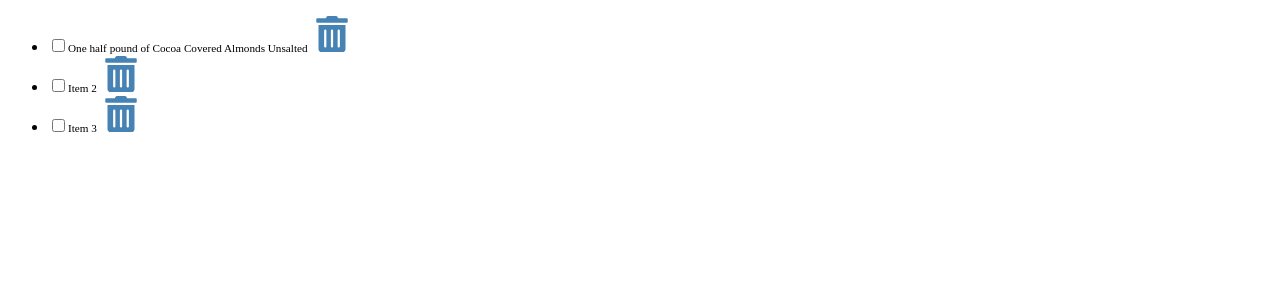
Repository: akinmiday/react-series
Page: /
An editor plug-in stored every save of this project. The page is shown before and after the next save, followed by the edit.
The browser window is 1280 px wide. The pictures show the whole page.
The project was rebuilt for these pictures with package versions that can differ from the ones it lists, and the page was loaded fresh each time. Also part of the build but not shown: vite.config.js, src/index.css.

Above is the page before, as saved 2023-08-21 18:00:57.

After the next save:
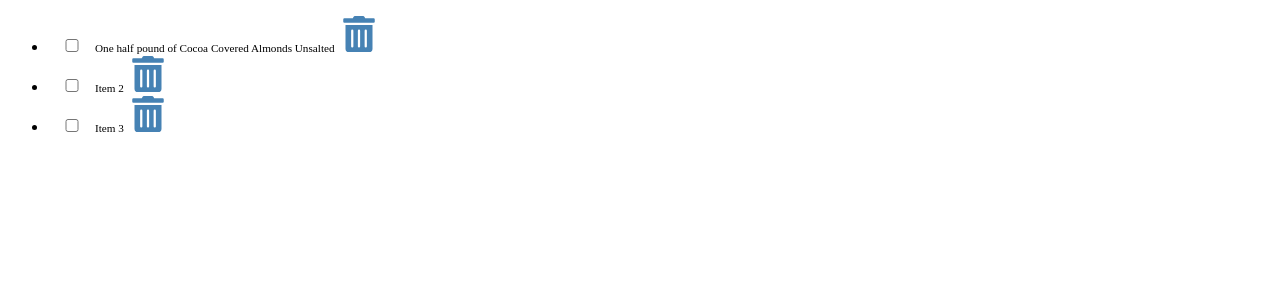
Saved 70 s later.
--- a/src/App.css
+++ b/src/App.css
@@ -1,3 +1,8 @@
+.item input[type="checkbox"] {
+    text-align: center;
+    width:2.5rem;
+}
+
 .item input[type="checkbox"]:focus + label{
 text-decoration: underline;
 }
